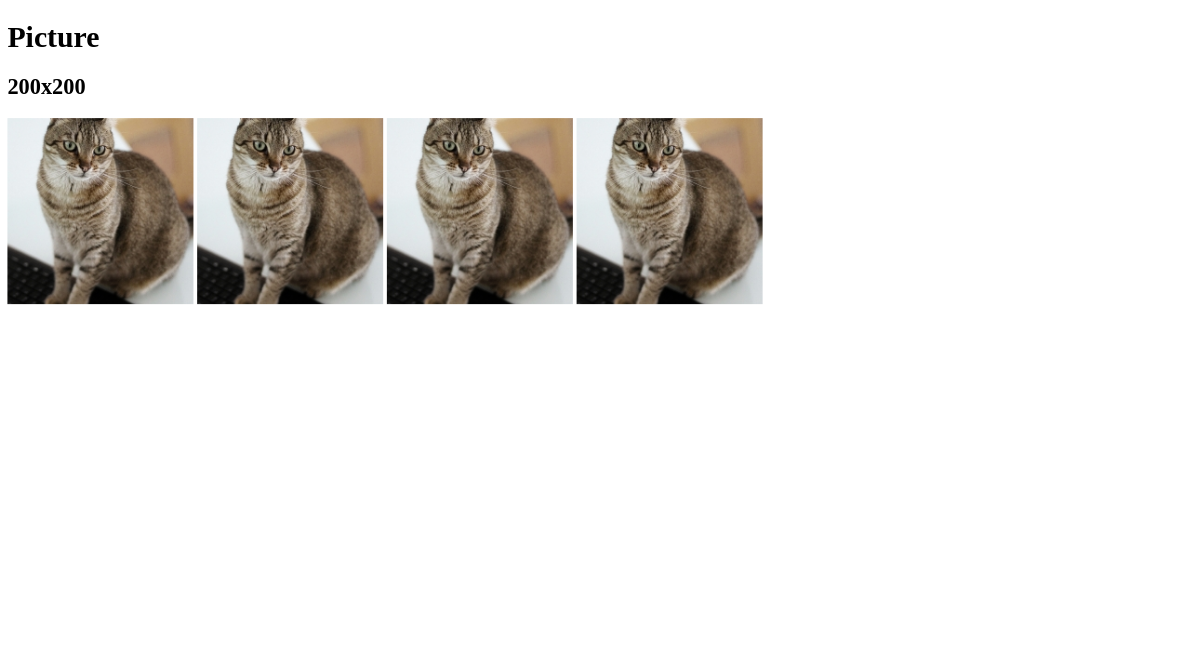
Repository: heoSuKyeong/client_Ssanyong
Page: ClientTest/src/main/webapp/html/q009.html
The author's editor kept a copy of each file at every save. The page is drawn from the files as they stood at one save, then again after the next save.
The browser window is 1280 px wide. The pictures show the whole page, at 93% of full size.

Above is the page before, as saved 2023-09-21 02:10:42.

After the next save:
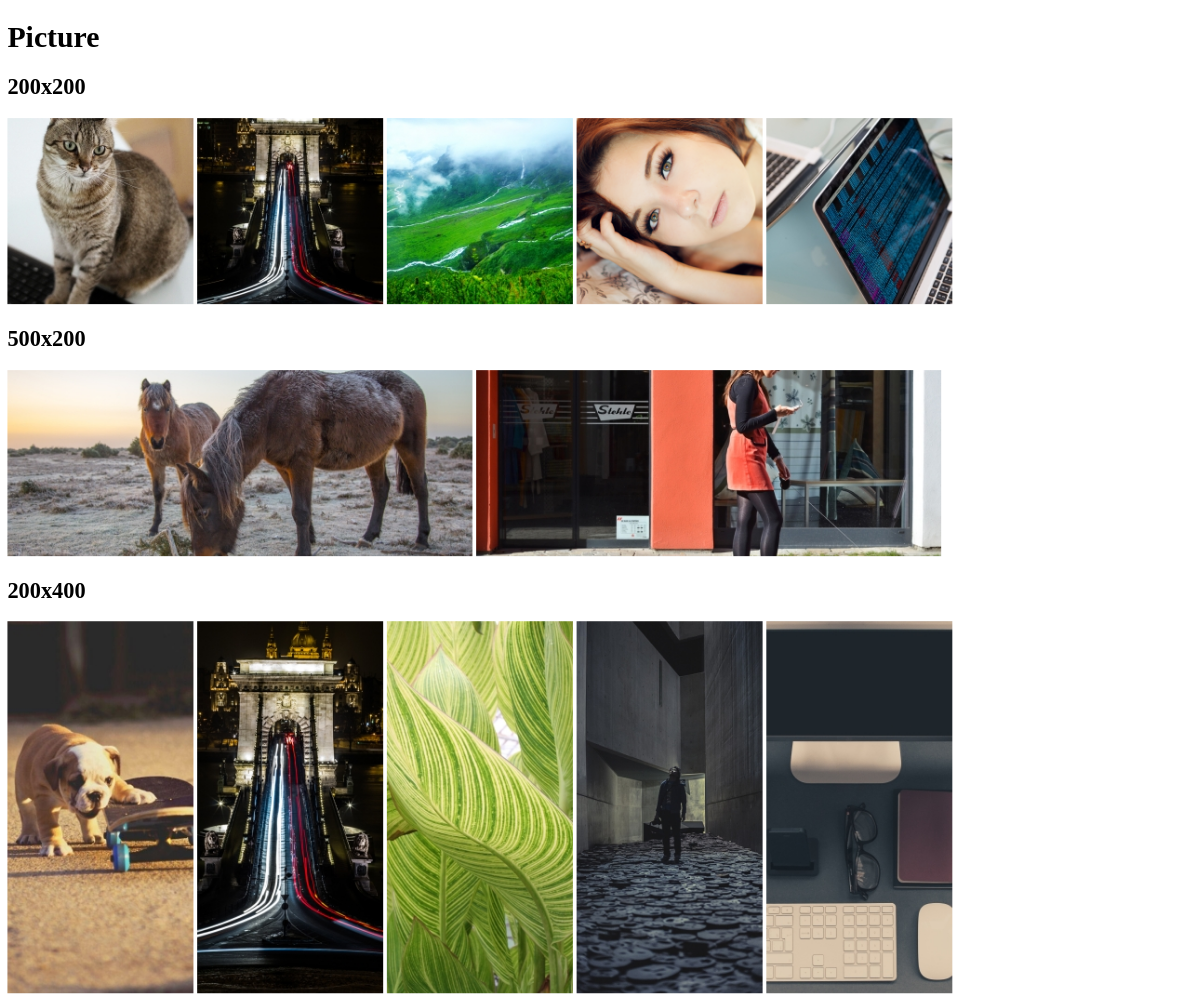
Saved 2 min 23 s later.
--- a/ClientTest/src/main/webapp/html/q009.html
+++ b/ClientTest/src/main/webapp/html/q009.html
@@ -7,12 +7,29 @@
 <body>
 
 	<h1>Picture</h1>
+
 	<h2>200x200</h2>
 
 	<img src="images/placeimg_200_200_animals.jpg" alt="사진" width="200" height="200">
-	<img src="images/placeimg_200_200_animals.jpg" alt="사진" width="200" height="200">
-	<img src="images/placeimg_200_200_animals.jpg" alt="사진" width="200" height="200">
-	<img src="images/placeimg_200_200_animals.jpg" alt="사진" width="200" height="200">
+	<img src="images/placeimg_200_200_arch.jpg" alt="사진" width="200" height="200">
+	<img src="images/placeimg_200_200_nature.jpg" alt="사진" width="200" height="200">
+	<img src="images/placeimg_200_200_people.png" alt="사진" width="200" height="200">
+	<img src="images/placeimg_200_200_tech.jpg" alt="사진" width="200" height="200">
+
+
+	<h2>500x200</h2>
+
+	<img src="images/placeimg_500_200_animals.jpg" alt="사진" width="500" height="200">
+	<img src="images/placeimg_500_200_people.jpg" alt="사진" width="500" height="200">
+
+
+	<h2>200x400</h2>
+
+	<img src="images/placeimg_200_400_animals.jpg" alt="사진" width="200" height="400">
+	<img src="images/placeimg_200_400_arch.jpg" alt="사진" width="200" height="400">
+	<img src="images/placeimg_200_400_nature.jpg" alt="사진" width="200" height="400">
+	<img src="images/placeimg_200_400_people.jpg" alt="사진" width="200" height="400">
+	<img src="images/placeimg_200_400_tech.jpg" alt="사진" width="200" height="400">
 
 
 </body>
